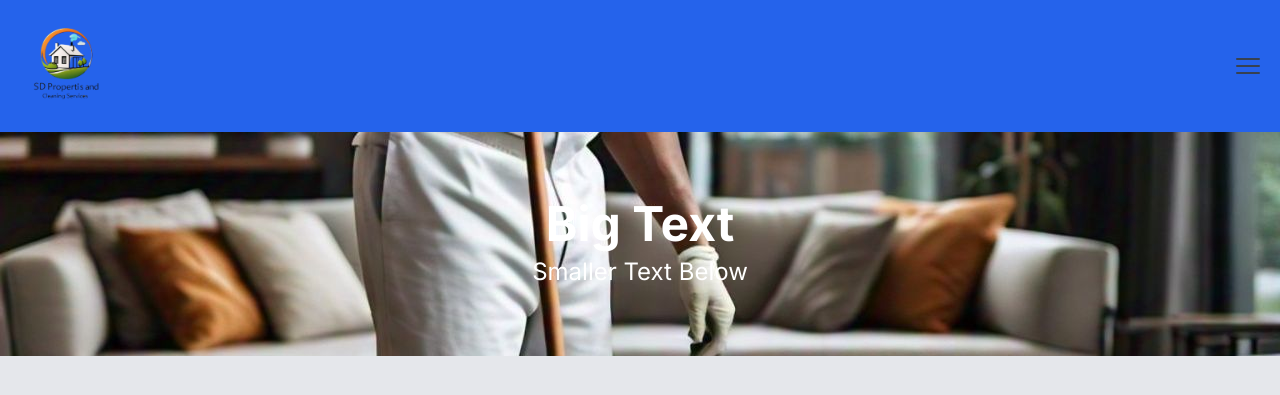
Repository: devmskhan/sdpropandclean
Page: /
The author's editor kept a copy of each file at every save. The page is drawn from the files as they stood at one save, then again after the next save.
The browser window is 1280 px wide. The pictures show the whole page.
The project was rebuilt for these pictures with package versions that can differ from the ones it lists, and the page was loaded fresh each time. The framework's server and built-in components were replaced by stand-ins that run in the browser. Also part of the build but not shown: next.config.mjs.

Above is the page before, as saved 2024-09-02 14:24:46.

After the next save:
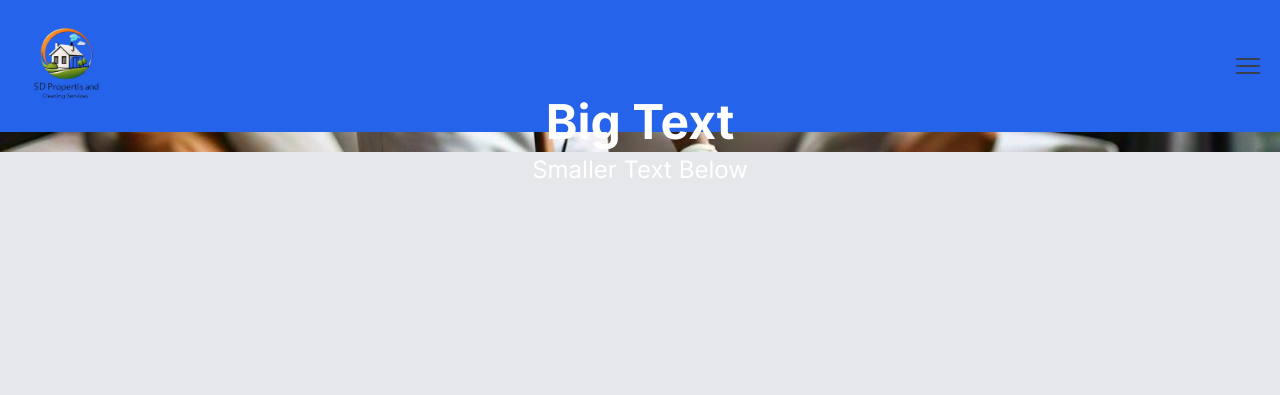
Saved 15 s later.
--- a/components/Body.tsx
+++ b/components/Body.tsx
@@ -3,7 +3,7 @@
 
 function Body() {
     return (
-        <div className="relative w-full h-56 bg-cover bg-center text-white"
+        <div className="relative w-full h-5 bg-cover bg-center text-white"
          style={{ backgroundImage: 'url("/pic1.jpg")' }}>
       <div className="absolute inset-0 flex flex-col justify-center items-center text-center">
         {/* Larger Text */}
